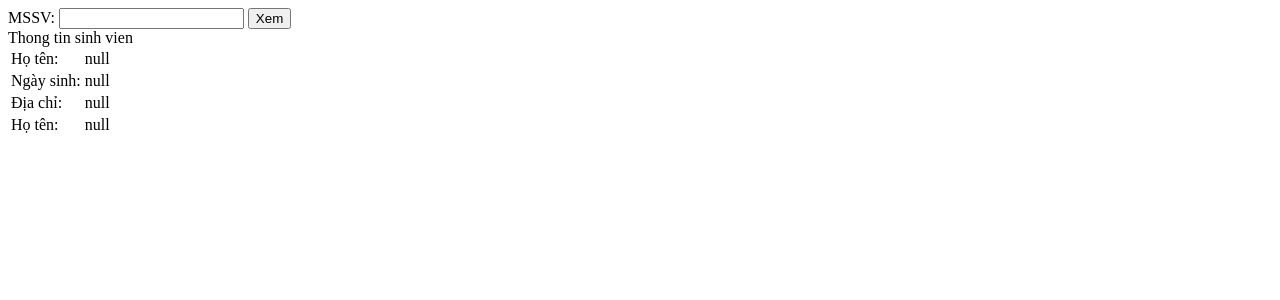
Repository: datntlocalhost/StudenManagerMVC
Page: http://localhost/StudentManagerMVC/studenInfo.jsp
The author's editor kept a copy of each file at every save. The page is drawn from the files as they stood at one save, then again after the next save.
The browser window is 1280 px wide. The pictures show the whole page.
The page is served by Tomcat 9. The template is opened directly, without the code that normally fills it, so the values that code supplies are empty.

Above is the page before, as saved 2018-07-19 09:00:27.

After the next save:
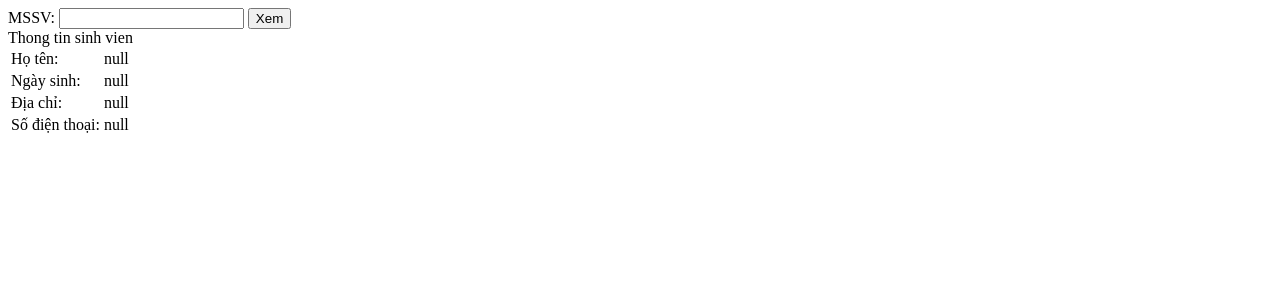
Saved 10 s later.
--- a/StudentManagerMVC/WebContent/studenInfo.jsp
+++ b/StudentManagerMVC/WebContent/studenInfo.jsp
@@ -30,7 +30,7 @@
       <td><%=request.getAttribute("Address")%></td>
     </tr>
     <tr>
-      <td>Họ tên: </td>
+      <td>Số điện thoại: </td>
       <td><%=request.getAttribute("Name")%></td>
     </tr>
   </table>
